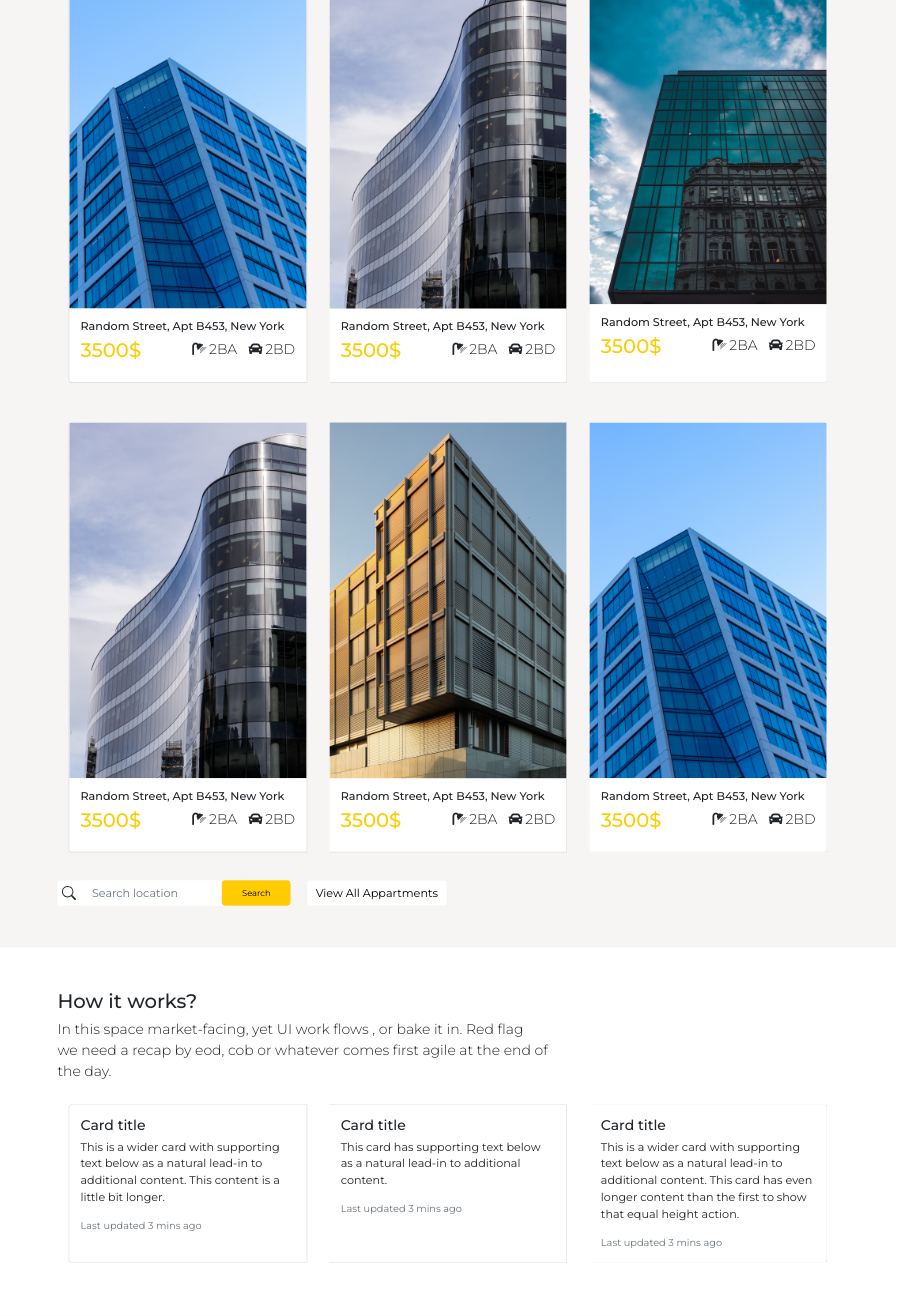
Repository: Toqa-25/luxstate
Page: index.html
These files come from the project's save history. The page is drawn as it stood at one moment and after a run of saves; the edit follows.
The browser window is 1280 px wide. The page is 1292 px wide, so the pictures cover 1292 px, including what lies to the right of the window. The pictures show the part of the page from y = 1264 to 3144 px (the page is 3144 px tall before and 3142 px after), at 70% of full size.

Above is the page before, as saved 2021-06-09 06:04:18.

After the next 3 saves:
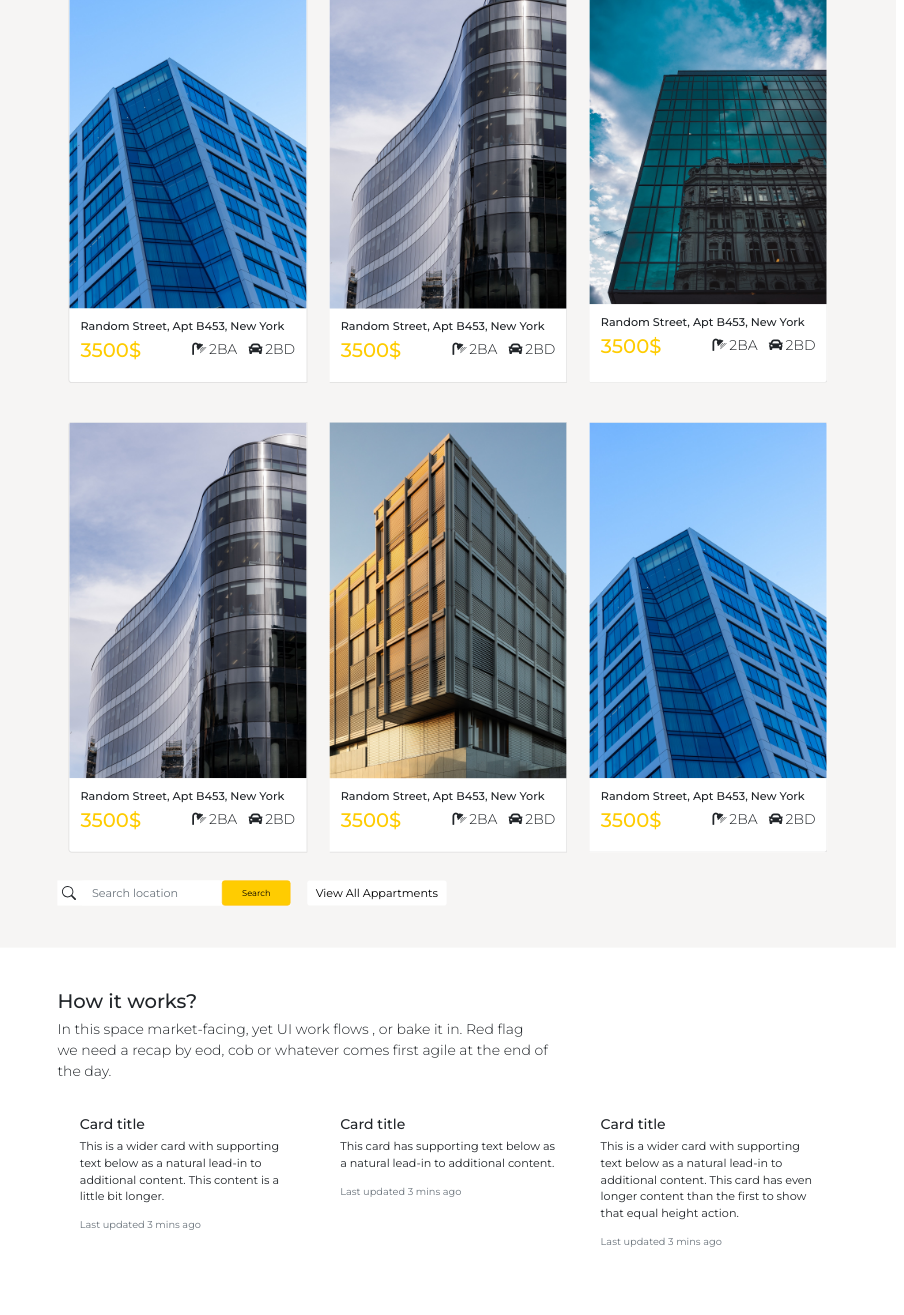
The 3 saves are shown as one change because they came seconds apart.
The last was saved 11 s later.
--- a/css/style.css
+++ b/css/style.css
@@ -143,4 +143,6 @@ header .image-section{
         background-color: var(--main-color);
         color:black;
     }
-    .how-section .card
+    .how-section .card{
+        border:none;
+    }
